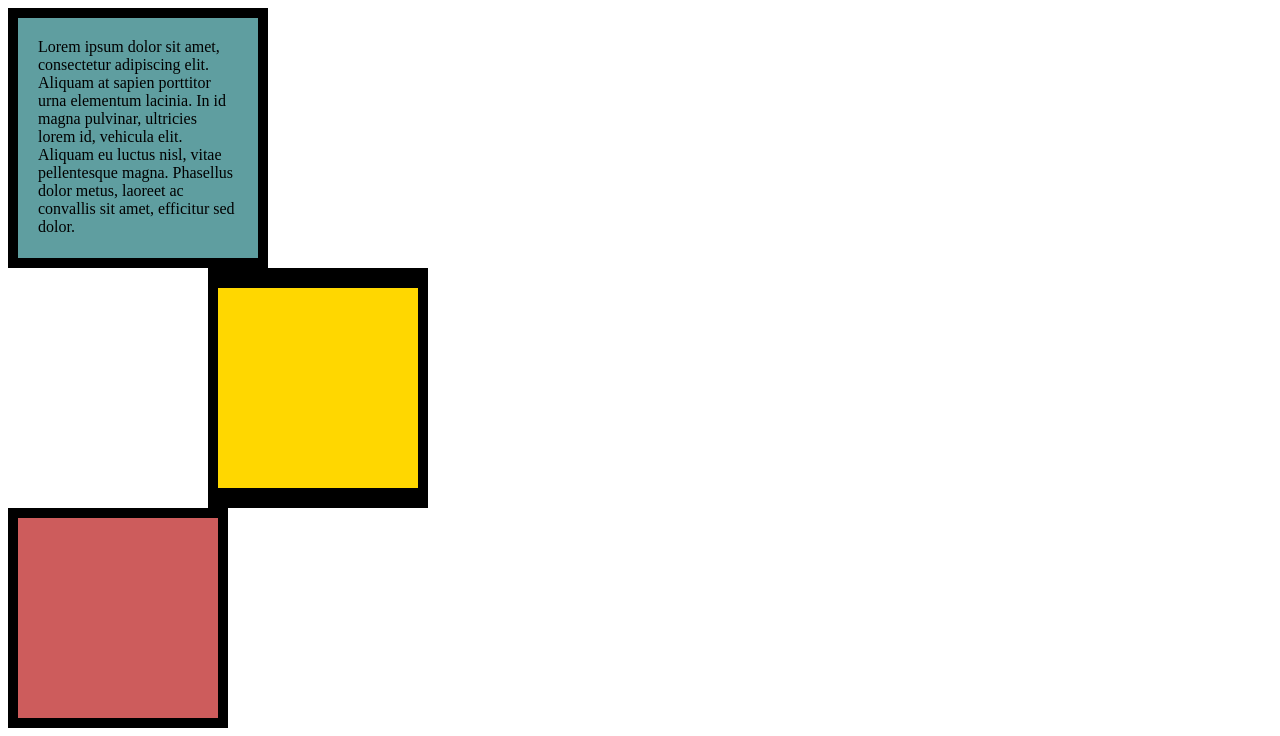
Repository: arzeee/Web_Course
Page: 6.3+CSS+Box+Model/6.3 CSS Box Model/index.html
These files come from the project's save history. The page is drawn as it stood at one moment and after a run of saves; the edit follows.
The browser window is 1280 px wide. The pictures show the whole page.

Above is the page before, as saved 2025-07-04 18:30:55.

### 6.3+CSS+Box+Model/6.3 CSS Box Model/index.html
<!DOCTYPE html>
<html lang="en">

<head>
  <meta charset="UTF-8">
  <title>CSS Box Model</title>
  <style>
    /* Write your CSS code here */

    .box {
      height: 200px;
      width: 200px;
    }

    .box1{
      padding: 20px;
      border: 10px solid black;
      background-color: cadetblue;
    }
    .box1 p{
      margin: 0;
    }
    .box2 {
      background-color: gold;
      border-top: 20px solid black;
      border-bottom: 20px solid black;
      border-left: 10px solid black;
      border-right: 10px solid black;
      margin-left: 200px;
    }
    .box3 {
      background-color: indianred;
      border: 10px solid black;
    }

  </style>
</head>

<body>
  <div class="box box1">
    <p>Lorem ipsum dolor sit amet, consectetur adipiscing elit. Aliquam at sapien porttitor urna elementum lacinia. In
    id magna pulvinar, ultricies lorem id, vehicula elit. Aliquam eu luctus nisl, vitae pellentesque magna. Phasellus
    dolor metus, laoreet ac convallis sit amet, efficitur sed dolor.</p>
  </div>
  <div class="box box2">

  </div>
  <div class="box box3">

  </div>


  <!-- TODOs:
1. Create 3 Boxes using the div element.
2. Set their sizes to 200px heigh by 200px wide.
3. Set different background colors for each of the boxes (I used cadetblue, gold and indianred).
4. Add a paragraph <p> element into the first div and add the following words:
    Lorem ipsum dolor sit amet, consectetur adipiscing elit. Aliquam at sapien porttitor urna elementum lacinia. In
    id magna pulvinar, ultricies lorem id, vehicula elit. Aliquam eu luctus nisl, vitae pellentesque magna. Phasellus
    dolor metus, laoreet ac convallis sit amet, efficitur sed dolor.
5. Set the 1st div to have 20px padding all around with a black 10px border.
6. Fix the style of the <p> element to remove all margins.
Hint: Use the CSS inspector in Chrome.
7. Set the 2nd div to have a 20px border on top and bottom and 10px border left and right. (See goal image)
8. Set the 3rd div to have a 10px border
9. Set the margins for the divs so that each box corner touches the other. (See the goal image)
-->

</body>

</html>

After the next 5 saves:
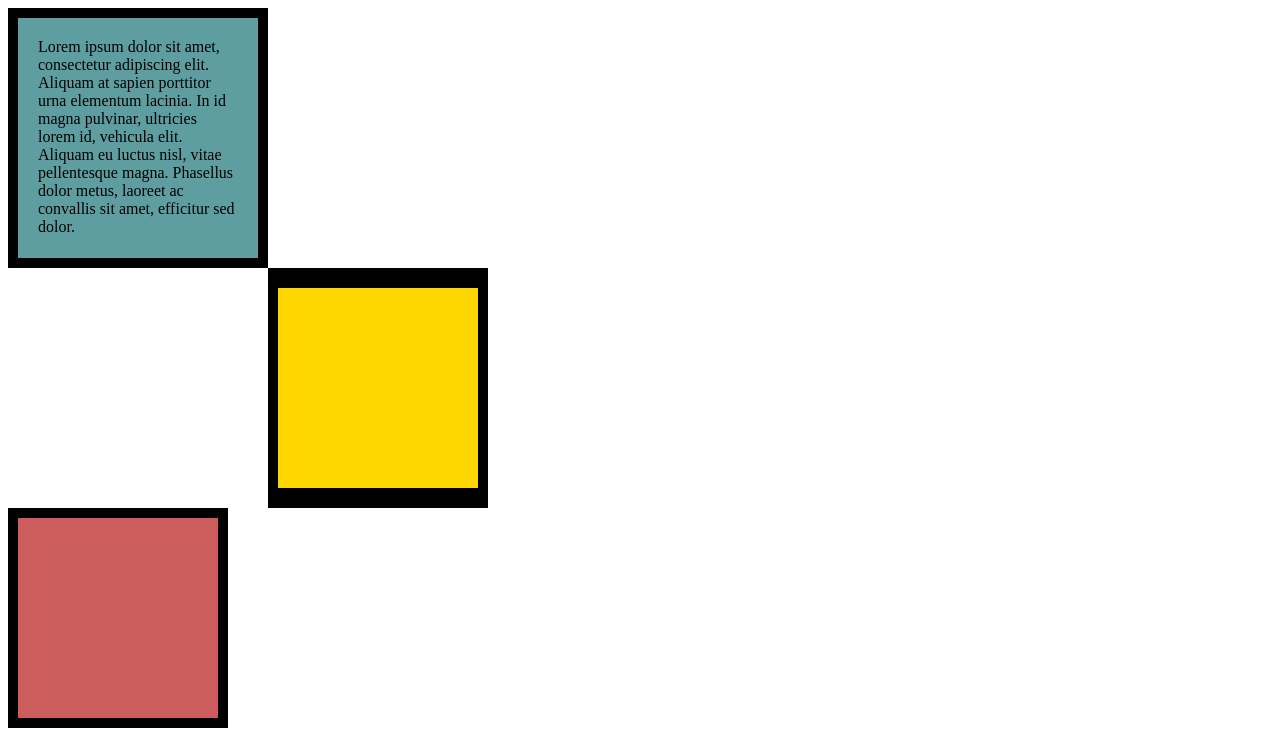
The 5 saves are shown as one change because they came seconds apart.
The last was saved 13 s later.
--- a/6.3+CSS+Box+Model/6.3 CSS Box Model/index.html
+++ b/6.3+CSS+Box+Model/6.3 CSS Box Model/index.html
@@ -26,7 +26,7 @@
       border-bottom: 20px solid black;
       border-left: 10px solid black;
       border-right: 10px solid black;
-      margin-left: 200px;
+      margin-left: 260px;
     }
     .box3 {
       background-color: indianred;
